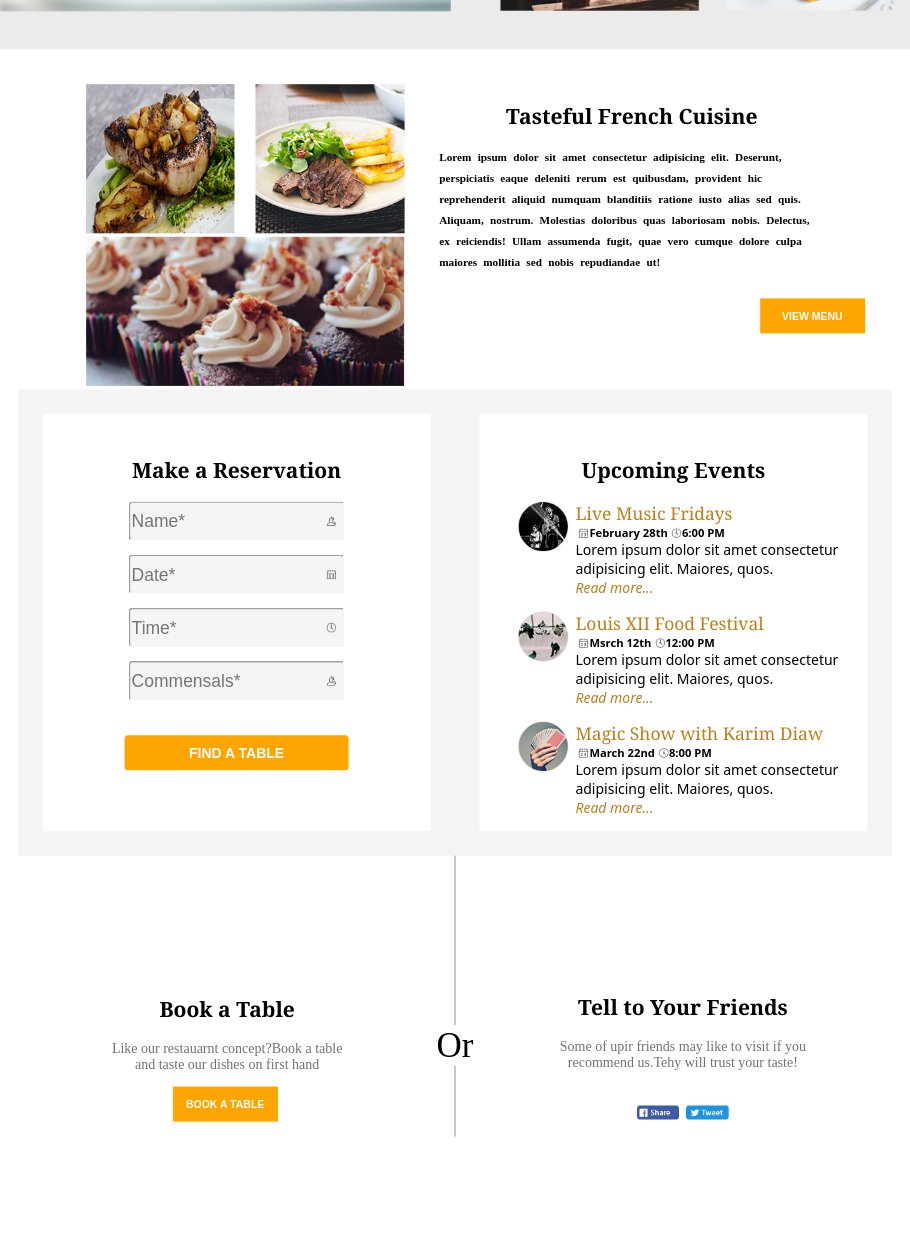
Repository: sis-shen/HTML_vsc
Page: adc_v2/index.html
The author's editor kept a copy of each file at every save. The page is drawn from the files as they stood at one save, then again after the next save.
The browser window is 1280 px wide. The page is 1300 px wide, so the pictures cover 1300 px, including what lies to the right of the window. The pictures show the part of the page from y = 1526 to 3406 px (the page is 3308 px tall before and 3406 px after), at 70% of full size.

Above is the page before, as saved 2023-08-20 13:39:52.

After the next save:
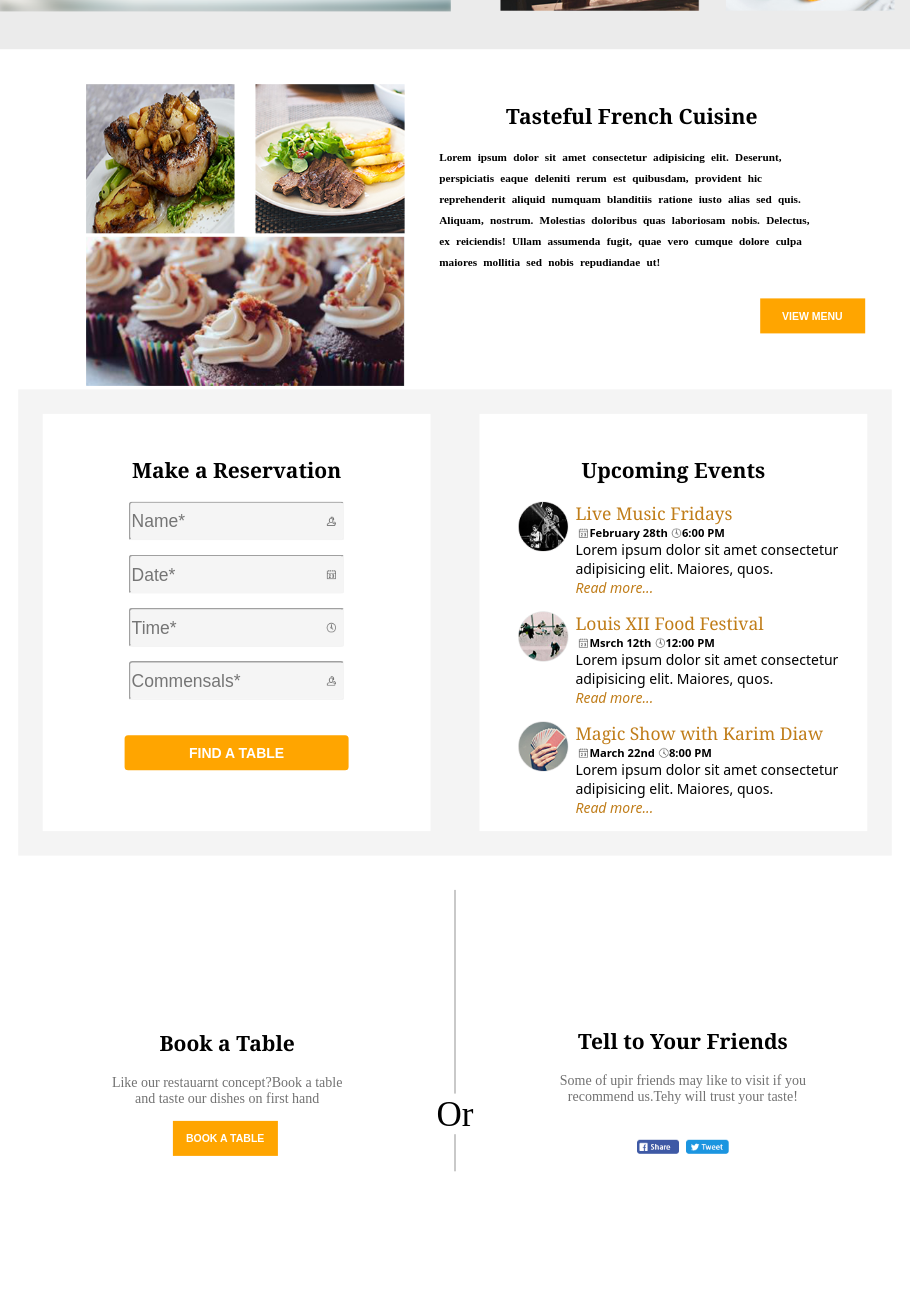
Saved 25 s later.
--- a/adc_v2/style.css
+++ b/adc_v2/style.css
@@ -492,7 +492,7 @@
 .book-share{
     /* padding-top: 150px; */
     width: 100%;
-    min-height: 400px;
+    min-height: 500px;
     /* border: red solid 10px; */
     display: flex;
     justify-content: center;

After the save that followed:
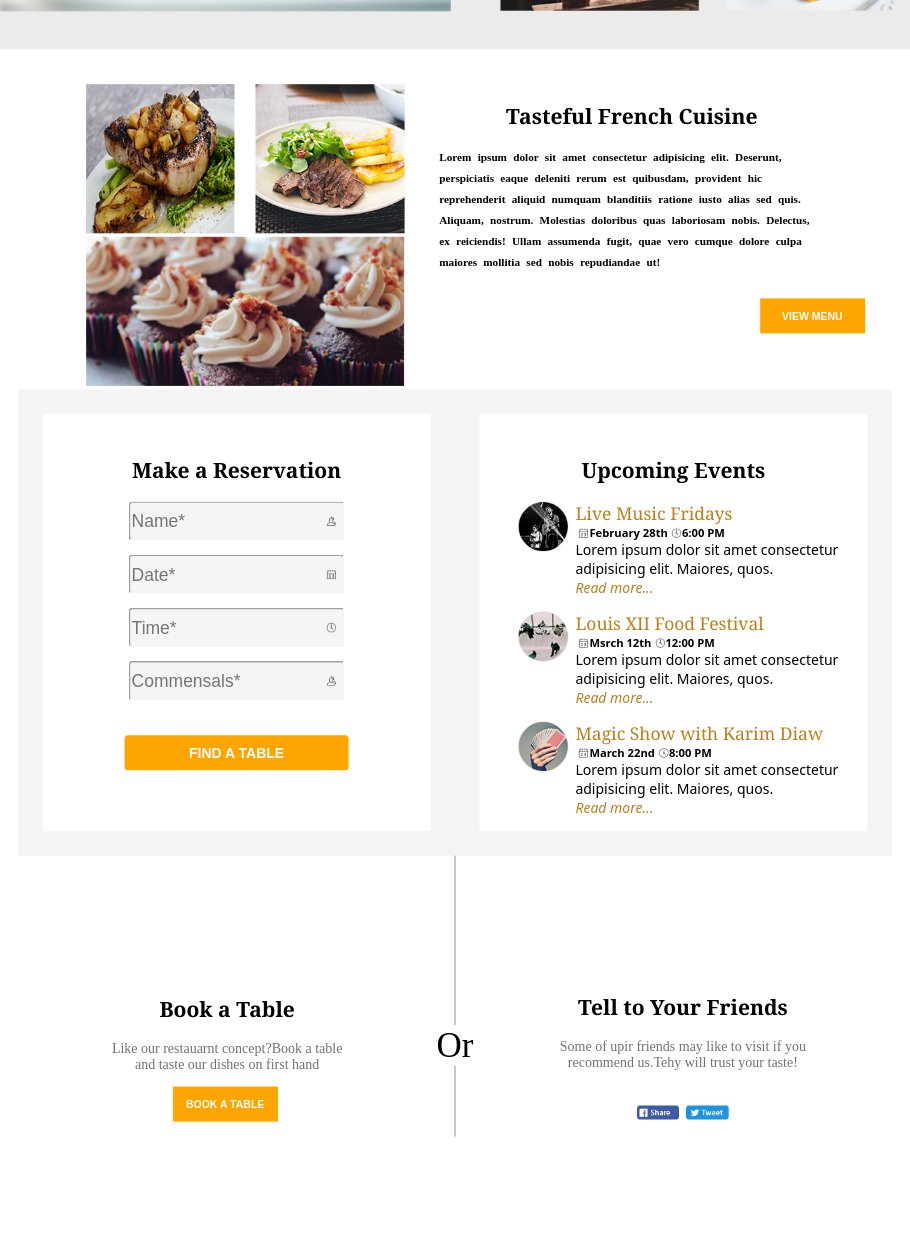
Saved 8 s later.
--- a/adc_v2/style.css
+++ b/adc_v2/style.css
@@ -492,7 +492,6 @@
 .book-share{
     /* padding-top: 150px; */
     width: 100%;
-    min-height: 500px;
     /* border: red solid 10px; */
     display: flex;
     justify-content: center;
